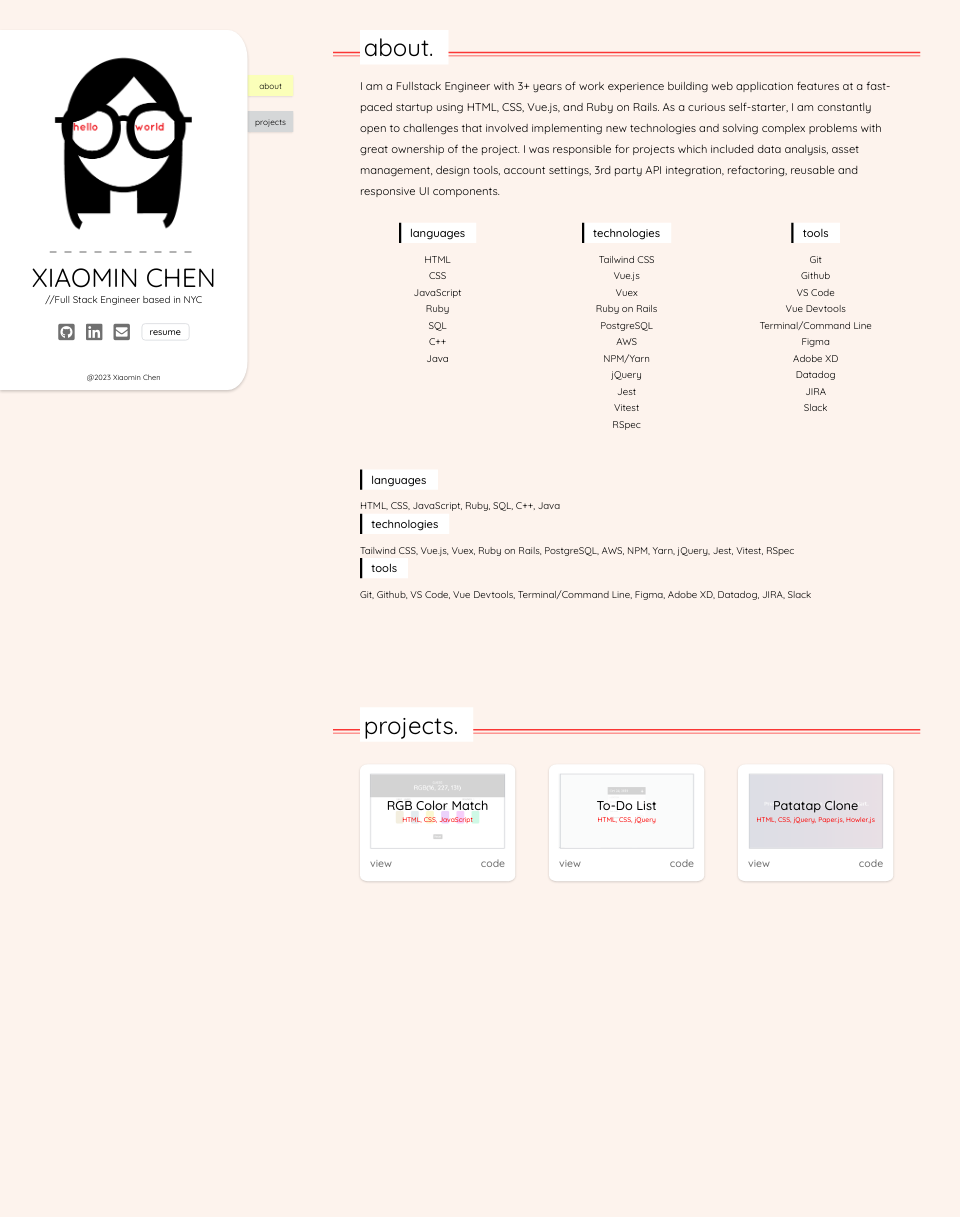
Repository: xchen136/xchen136.github.io
Page: index.html
An editor plug-in stored every save of this project. The page is shown before and after the next save, followed by the edit.
The browser window is 1280 px wide. The pictures show the whole page, at 75% of full size.
Some web libraries are served in a nearby version. The style sheet was rebuilt from its Sass, Less or Tailwind sources for each picture, by a compiler version that may differ from the author's.

Above is the page before, as saved 2023-04-08 13:09:07.

After the next save:
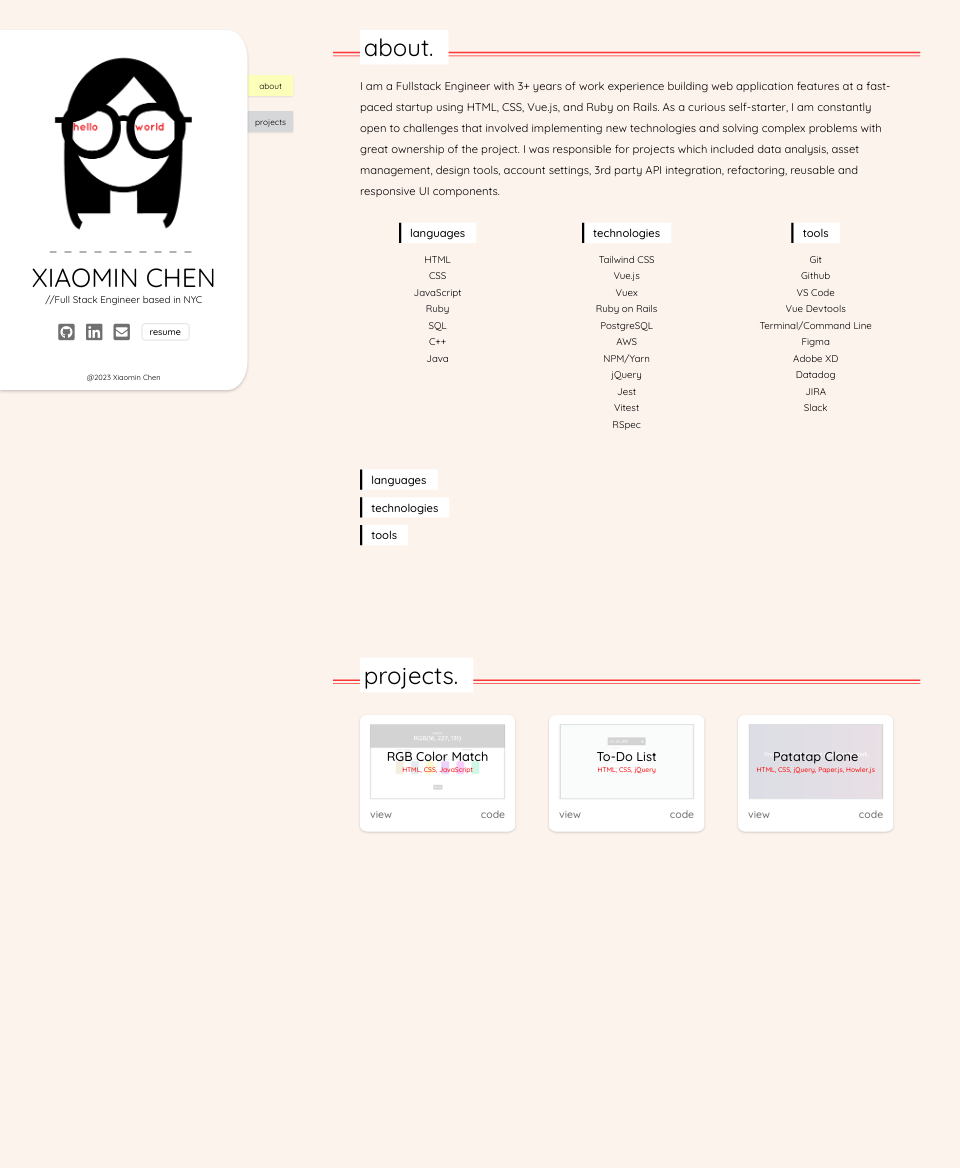
Saved 3 min 31 s later.
--- a/index.html
+++ b/index.html
@@ -155,17 +155,17 @@
 			<div class="skill-box-col">
 				<div class="">
 					<h3 class="heading-tertiary skill-title">Languages</h3>
-					<div class="skill">
+					<div class="skill-row">
 						HTML, CSS, JavaScript, Ruby, SQL, C++, Java
 					</div>
 				</div>
 				<div class="">
 					<h3 class="heading-tertiary skill-title">Technologies</h3>
-					<div class="skill">Tailwind CSS, Vue.js, Vuex, Ruby on Rails, PostgreSQL, AWS, NPM, Yarn, jQuery, Jest, Vitest, RSpec</div>
+					<div class="skill-row">Tailwind CSS, Vue.js, Vuex, Ruby on Rails, PostgreSQL, AWS, NPM, Yarn, jQuery, Jest, Vitest, RSpec</div>
 				</div>
 				<div class="">
 					<h3 class="heading-tertiary skill-title">Tools</h3>
-					<div class="skill">Git, Github, VS Code, Vue Devtools, Terminal/Command Line, Figma, Adobe XD, Datadog, JIRA, Slack</div>
+					<div class="skill-row">Git, Github, VS Code, Vue Devtools, Terminal/Command Line, Figma, Adobe XD, Datadog, JIRA, Slack</div>
 				</div>
 			</div>
 		</section>
--- a/sass/pages/_home.scss
+++ b/sass/pages/_home.scss
@@ -184,6 +184,14 @@
 	}
 }
 
+.skill-row {
+	display: none;
+	@include respond(sm-phone){
+		display: block;
+		font-size: 2.5rem;
+	}
+}
+
 
 .section-design,
 .section-develop{
